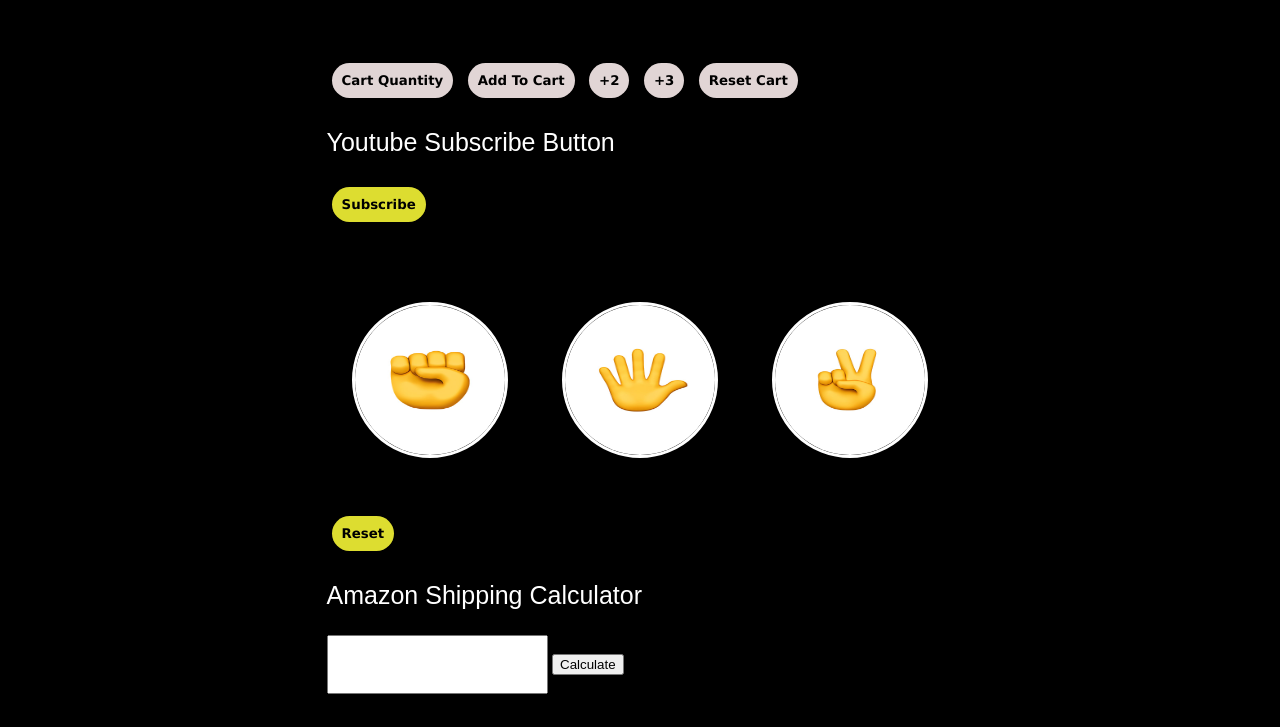
Repository: EguJaredoBoyd/Jared-Learning-Projects
Page: javascript-tutorial.html
These files come from the project's save history. The page is drawn as it stood at one moment and after the next save; the edit follows.
The browser window is 1280 px wide. The pictures show the whole page.

Above is the page before, as saved 2025-07-07 17:47:52.

### javascript-tutorial.html
<!DOCTYPE html>
<html lang="en">
<head>
    <meta charset="UTF-8">
    <meta name="viewport" content="width=device-width, initial-scale=1.0">
    <title>Document</title>
    <link rel="stylesheet" href="javascript-tutorial.css">
    <script src="javacript-tutorial.js" defer></script>
</head>
<body>
    <main>
        <section class="cart-class">
            <button onclick="cartDisplay()">Cart Quantity</button>
            <button onclick="addCart();
            cartDisplay()">Add To Cart</button>
            <button onclick="addCart2();
            cartDisplay()">+2</button>
            <button onclick="addCart3();
            cartDisplay()">+3</button>
            <button onclick="cartReset();
            cartDisplay()">Reset Cart</button>

            <p id="cart-quantity"></p>
            <p>Youtube Subscribe Button</p>
            <button onclick="subscribe()" class="sub-button">Subscribe</button>
        </section>

        <section class="game-play">
            <button onclick="selectRock()" class="rock"><img src="./images/rock.jpg" alt="Rock Hand Game"></button>
            <button onclick="selectPaper()"><img src="./images/paper.jpg" alt="Paper Hand Game"></button>
            <button onclick="selectScissors()"><img src="./images/scissors.jpg" alt="Scissiors Hand Game"></button>
            <p class="win-paragraph"></p>
            <p class="move-paragraph"></p>
            <p class="score-paragraph"></p>
            <button onclick="selectReset()" class="reset">Reset</button>
        </section>

        <section class="amazon-calculator">
            <p>Amazon Shipping Calculator</p>
            <input type="text" class="amazon-cost" onkeydown="handleCost(event)">
            <button onclick="calculateTotal()" class="calculator">Calculate</button>
            <p class="shipping-cost"></p>
        </section>
    </main>

</body>
</html>

### javascript-tutorial.css
body{
    font-family: Arial, Helvetica, sans-serif;
    background-color: black;
    display: flex;
    justify-content: center;
    padding-top: 50px;

}
.cart-class{
    margin-bottom: 50px;
}
.cart-class button{
    padding: 10px;
    margin: 5px;
    font-weight: bold;
    font-family: Verdana, Geneva, Tahoma, sans-serif;
    border: none;
    border-radius: 50px;

}
.cart-class button:not(.sub-button){
    background-color: rgb(225, 213, 213);

}
.sub-button{
    background-color: rgb(221, 221, 48);
}
.sub-button-two{
    background-color: rgb(225, 213, 213);
}
p{
    color: white;
}

/* game-section  */

.game-play button{
    padding: 10px;
    margin: 5px;
    font-weight: bold;
    font-family: Verdana, Geneva, Tahoma, sans-serif;
    border: none;
    border-radius: 50px;
}
.game-play button:not(.reset){
    background-color: transparent;
}
.reset{
    background-color: rgb(221, 221, 48);
}
.game-play:not(.reset) img{
    height: 150px;
    width: 150px;
    border: 3px solid white;
    border-radius: 50%;
    margin: 10px;

}
.win-paragraph, .score-paragraph{
    font-weight: bolder;
    font-style: italic;
    color:rgb(221, 221, 48) ;

}
section p{
    font-size: 25px;
}

/* Amazon Calculator App */
.amazon-calculator input{
    padding: 20px;

}

### javacript-tutorial.js
let cartQuantity = 0;
function cartDisplay(){
    document.getElementById('cart-quantity').innerHTML = cartQuantity;
};

function addCart(){
    cartQuantity = cartQuantity + 1;
};

function addCart2(){
    cartQuantity += 2;
};

function addCart3(){
    cartQuantity += 3;
};

function cartReset(){
    alert("Cart has been reset");
    cartQuantity = 0;
};

function subscribe () {
    let subClick = document.querySelector('.sub-button');
        if (subClick.innerHTML === 'Subscribe') {
            subClick.innerHTML = 'Subscribed'
            subClick.classList.add('sub-button-two');
        } else{
            subClick.innerHTML = 'Subscribe'
            subClick.classList.remove('sub-button-two');

        }
    }




let computerMove = '';
let score = {
    wins: 0,
    losses: 0,
    ties: 0
};

// ✅ Fix 1: Load saved score if it exists in localStorage
const storage = localStorage.getItem('gameScore');
if (storage) {
    score = JSON.parse(storage);
}

console.log(score); // Optional: Just to confirm score is loaded

function selectRock() {
    // ✅ Fix 2: New random number every time the function runs
    let randomNumber = Math.random();

    if (randomNumber >= 0 && randomNumber < 1 / 3) {
        computerMove = 'rock';
    } else if (randomNumber >= 1 / 3 && randomNumber < 2 / 3) {
        computerMove = 'paper';
    } else {
        computerMove = 'scissors';
    }

    let result = '';
    if (computerMove === 'rock') {
        result = 'tie';
    } else if (computerMove === 'paper') {
        result = 'lose';
    } else if (computerMove === 'scissors') {
        result = 'win';
    }

    let newResult = '';
    if (result === 'win') {
        score.wins += 1;
        newResult = 'wins!';
    } else if (result === 'lose') {
        score.losses += 1;
        newResult = 'losses!';
    } else {
        score.ties += 1;
        newResult = 'ties!';
    }

    // ✅ Fix 3: Save updated score to localStorage
    localStorage.setItem('gameScore', JSON.stringify(score));

    let newScore, valueOne, valueTwo, outcomeOne, outcomeTwo;

    if (newResult === 'wins!') {
        newScore = score.wins;
        valueOne = score.losses;
        outcomeOne = 'losses';
        valueTwo = score.ties;
        outcomeTwo = 'ties';
    } else if (newResult === 'losses!') {
        newScore = score.losses;
        valueOne = score.wins;
        outcomeOne = 'wins';
        valueTwo = score.ties;
        outcomeTwo = 'ties';
    } else {
        newScore = score.ties;
        valueOne = score.wins;
        outcomeOne = 'wins';
        valueTwo = score.losses;
        outcomeTwo = 'losses';
    }

    alert(`You picked rock and the computer picked ${computerMove}, you ${result}!
You have ${newScore} ${newResult}, ${valueOne} ${outcomeOne}, and ${valueTwo} ${outcomeTwo}`);

    let rock = document.querySelector('.win-paragraph');
    rock.innerHTML = (`You picked rock and the computer picked ${computerMove}, you ${result}!
    You have ${newScore} ${newResult}, ${valueOne} ${outcomeOne}, and ${valueTwo} ${outcomeTwo}`);

    let rockMove = document.querySelector('.move-paragraph');
    rockMove.innerHTML = (`You - <img src="./images/rock.jpg" alt=""> : <img src="./images/${computerMove}.jpg" alt=""> - Computer`);

    let rockScore = document.querySelector('.score-paragraph');
    rockScore.innerHTML = (`You ${result}!`)

}

function selectPaper() {
    let randomNumber = Math.random();

    if (randomNumber >= 0 && randomNumber < 1 / 3) {
        computerMove = 'rock';
    } else if (randomNumber >= 1 / 3 && randomNumber < 2 / 3) {
        computerMove = 'paper';
    } else {
        computerMove = 'scissors';
    }

    let result = '';
    if (computerMove === 'paper') {
        result = 'tie';
    } else if (computerMove === 'scissors') {
        result = 'lose';
    } else if (computerMove === 'rock') {
        result = 'win';
    }

    let newResult = '';
    if (result === 'win') {
        score.wins += 1;
        newResult = 'wins!';
    } else if (result === 'lose') {
        score.losses += 1;
        newResult = 'losses!';
    } else {
        score.ties += 1;
        newResult = 'ties!';
    }

    localStorage.setItem('gameScore', JSON.stringify(score));

    let newScore, valueOne, valueTwo, outcomeOne, outcomeTwo;

    if (newResult === 'wins!') {
        newScore = score.wins;
        valueOne = score.losses;
        outcomeOne = 'losses';
        valueTwo = score.ties;
        outcomeTwo = 'ties';
    } else if (newResult === 'losses!') {
        newScore = score.losses;
        valueOne = score.wins;
        outcomeOne = 'wins';
        valueTwo = score.ties;
        outcomeTwo = 'ties';
    } else {
        newScore = score.ties;
        valueOne = score.wins;
        outcomeOne = 'wins';
        valueTwo = score.losses;
        outcomeTwo = 'losses';
    }

    alert(`You picked paper and the computer picked ${computerMove}, you ${result}!
You have ${newScore} ${newResult}, ${valueOne} ${outcomeOne}, and ${valueTwo} ${outcomeTwo}`);

    let paper = document.querySelector('.win-paragraph');
        paper.innerHTML = `You picked paper and the computer picked ${computerMove}, you ${result}!
You have ${newScore} ${newResult}, ${valueOne} ${outcomeOne}, and ${valueTwo} ${outcomeTwo}`;

    let paperMove = document.querySelector('.move-paragraph');
    paperMove.innerHTML = (`You - <img src="./images/paper.jpg" alt=""> : <img src="./images/${computerMove}.jpg" alt=""> - Computer`);

    let paperScore = document.querySelector('.score-paragraph');
    paperScore.innerHTML = (`You ${result}!`)


}

function selectScissors() {
    let randomNumber = Math.random();

    if (randomNumber >= 0 && randomNumber < 1 / 3) {
        computerMove = 'rock';
    } else if (randomNumber >= 1 / 3 && randomNumber < 2 / 3) {
        computerMove = 'paper';
    } else {
        computerMove = 'scissors';
    }

    let result = '';
    if (computerMove === 'scissors') {
        result = 'tie';
    } else if (computerMove === 'rock') {
        result = 'lose';
    } else if (computerMove === 'paper') {
        result = 'win';
    }

    let newResult = '';
    if (result === 'win') {
        score.wins += 1;
        newResult = 'wins!';
    } else if (result === 'lose') {
        score.losses += 1;
        newResult = 'losses!';
    } else {
        score.ties += 1;
        newResult = 'ties!';
    }

    localStorage.setItem('gameScore', JSON.stringify(score));

    let newScore, valueOne, valueTwo, outcomeOne, outcomeTwo;

    if (newResult === 'wins!') {
        newScore = score.wins;
        valueOne = score.losses;
        outcomeOne = 'losses';
        valueTwo = score.ties;
        outcomeTwo = 'ties';
    } else if (newResult === 'losses!') {
        newScore = score.losses;
        valueOne = score.wins;
        outcomeOne = 'wins';
        valueTwo = score.ties;
        outcomeTwo = 'ties';
    } else {
        newScore = score.ties;
        valueOne = score.wins;
        outcomeOne = 'wins';
        valueTwo = score.losses;
        outcomeTwo = 'losses';
    }

    alert(`You picked scissors and the computer picked ${computerMove}, you ${result}!
You have ${newScore} ${newResult}, ${valueOne} ${outcomeOne}, and ${valueTwo} ${outcomeTwo}`);

    let scissors = document.querySelector('.win-paragraph');
    scissors.innerHTML = (`You picked scissors and the computer picked ${computerMove}, you ${result}!
You have ${newScore} ${newResult}, ${valueOne} ${outcomeOne}, and ${valueTwo} ${outcomeTwo}`);

    let scissorsMove = document.querySelector('.move-paragraph');
    scissorsMove.innerHTML = (`You - <img src="./images/scissors.jpg" alt=""> : <img src="./images/${computerMove}.jpg" alt=""> - Computer`);

    let scissorsScore = document.querySelector('.score-paragraph');
    scissorsScore.innerHTML = (`You ${result}!`)

}

function selectReset() {
    score = {
        wins: 0,
        losses: 0,
        ties: 0
    };

    // ✅ Fix 4: Clear the score from localStorage too
    localStorage.removeItem('gameScore');

    alert(`Your score has been reset.`);

    let scoreReset = document.querySelector('.win-paragraph');
    scoreReset.innerHTML = ('Your score has been reset.');

    let resetMove = document.querySelector('.move-paragraph');
    resetMove.innerHTML = (``);

    let resetScore = document.querySelector('.score-paragraph');
    resetScore.innerHTML = (``)
};

function calculateTotal() {
    const amazonCost = document.querySelector('.amazon-cost');
    let cost = Number(amazonCost.value);

    let amount = 50;
    if (cost < amount) {
        cost = cost + 10;

    }

    document.querySelector('.shipping-cost').innerHTML = cost;
    console.log(cost);



};

function handleCost(event) {
    if (event.key === 'Enter') {
        calculateTotal();
    }
};

After the next save:
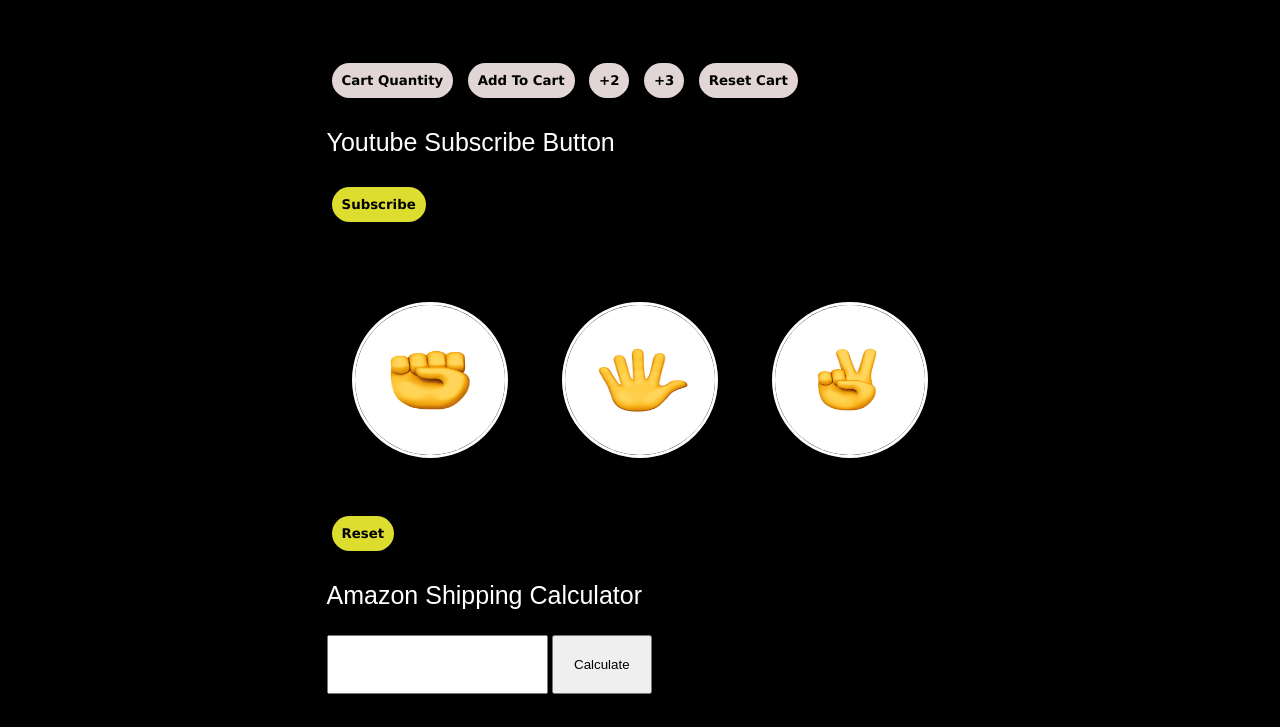
Saved 42 s later.
--- a/javascript-tutorial.css
+++ b/javascript-tutorial.css
@@ -71,3 +71,6 @@ section p{
     padding: 20px;
 
 }
+.amazon-calculator .calculator{
+    padding: 20px;
+}
